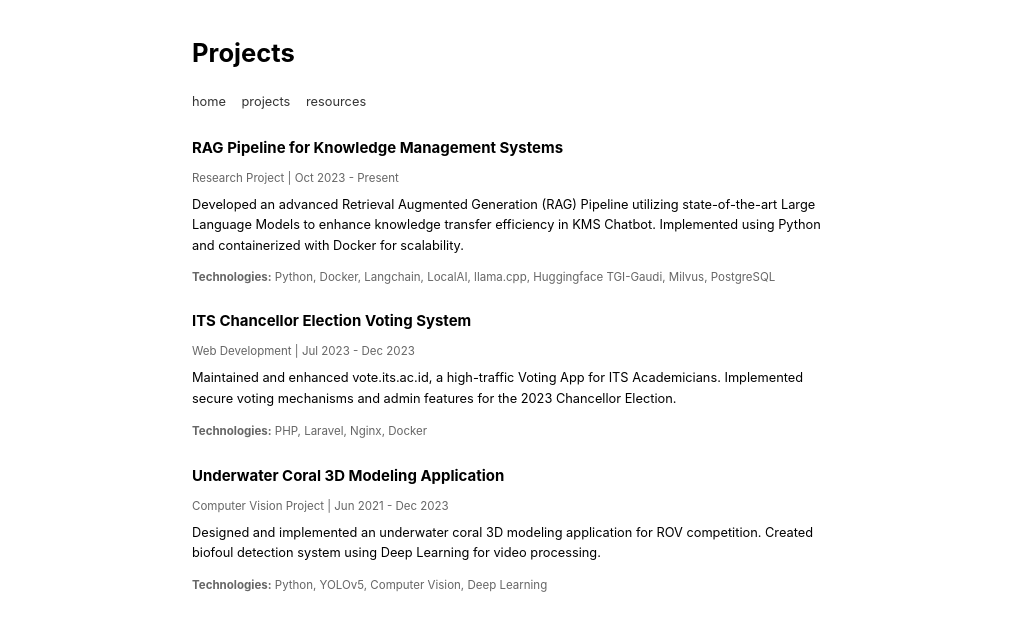
Repository: fadhilrp/fadhilrp.github.io
Page: pages/projects.html
These files come from the project's save history. The page is drawn as it stood at one moment and after the next save; the edit follows.
The browser window is 1280 px wide. The pictures show the whole page, at 80% of full size.

Above is the page before, as saved 2025-05-20 14:49:44.

After the next save:
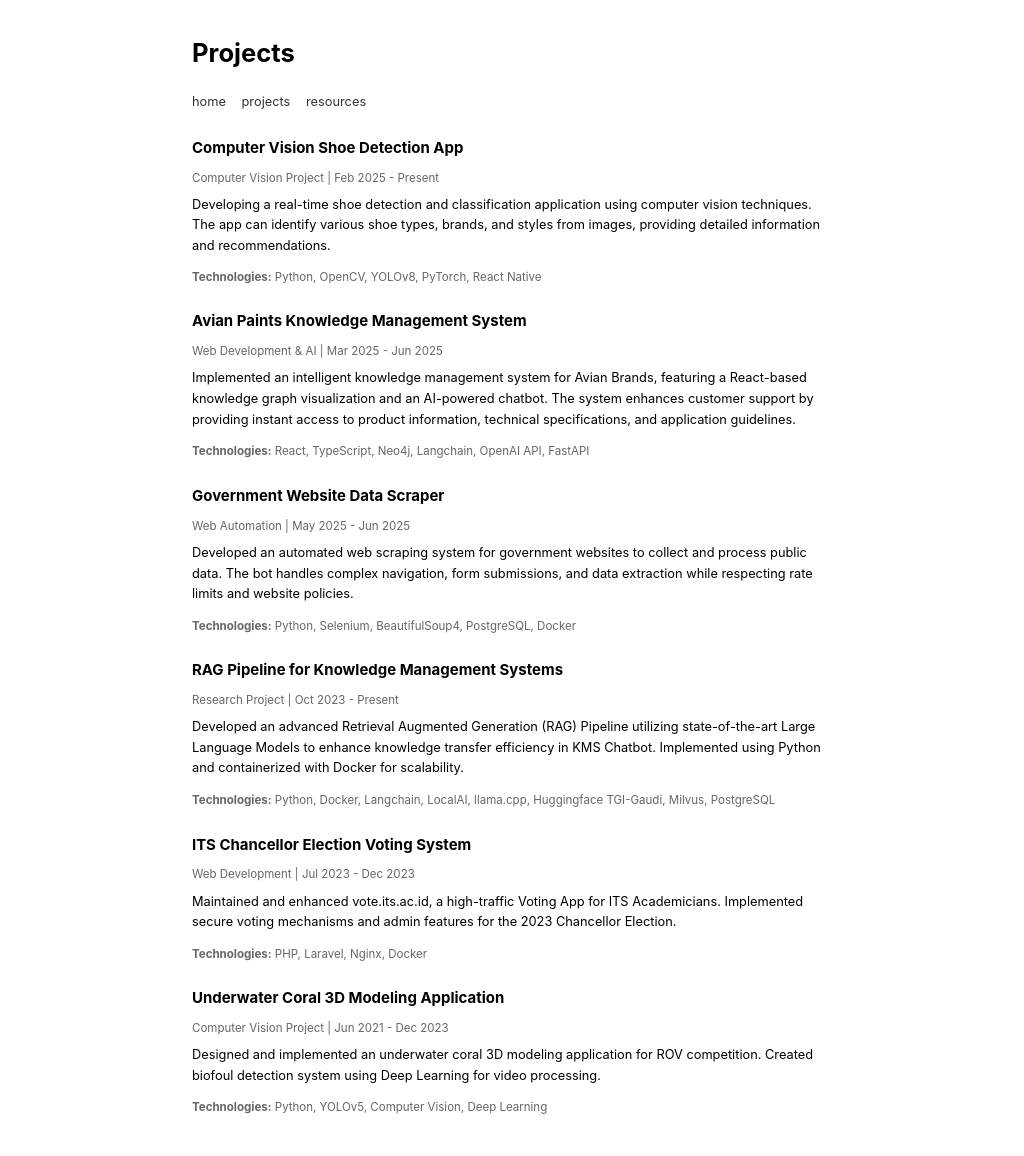
Saved 4 min 52 s later.
--- a/pages/projects.html
+++ b/pages/projects.html
@@ -54,6 +54,39 @@
 
         <div class="section">
             <div class="project">
+                <h3>Computer Vision Shoe Detection App</h3>
+                <div class="project-meta">Computer Vision Project | Feb 2025 - Present</div>
+                <div class="project-description">
+                    Developing a real-time shoe detection and classification application using computer vision techniques. The app can identify various shoe types, brands, and styles from images, providing detailed information and recommendations.
+                </div>
+                <div class="tech-stack">
+                    <strong>Technologies:</strong> Python, OpenCV, YOLOv8, PyTorch, React Native
+                </div>
+            </div>
+
+            <div class="project">
+                <h3>Avian Paints Knowledge Management System</h3>
+                <div class="project-meta">Web Development & AI | Mar 2025 - Jun 2025</div>
+                <div class="project-description">
+                    Implemented an intelligent knowledge management system for Avian Brands, featuring a React-based knowledge graph visualization and an AI-powered chatbot. The system enhances customer support by providing instant access to product information, technical specifications, and application guidelines.
+                </div>
+                <div class="tech-stack">
+                    <strong>Technologies:</strong> React, TypeScript, Neo4j, Langchain, OpenAI API, FastAPI
+                </div>
+            </div>
+
+            <div class="project">
+                <h3>Government Website Data Scraper</h3>
+                <div class="project-meta">Web Automation | May 2025 - Jun 2025</div>
+                <div class="project-description">
+                    Developed an automated web scraping system for government websites to collect and process public data. The bot handles complex navigation, form submissions, and data extraction while respecting rate limits and website policies.
+                </div>
+                <div class="tech-stack">
+                    <strong>Technologies:</strong> Python, Selenium, BeautifulSoup4, PostgreSQL, Docker
+                </div>
+            </div>
+
+            <div class="project">
                 <h3>RAG Pipeline for Knowledge Management Systems</h3>
                 <div class="project-meta">Research Project | Oct 2023 - Present</div>
                 <div class="project-description">
